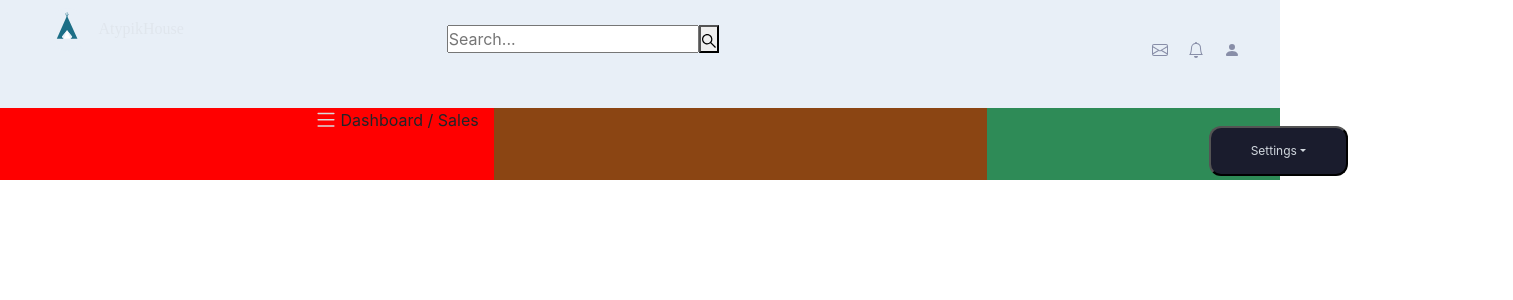
Repository: kifack/API-Symfony-AtypikHouse
Page: / (app in admin-frontend/)
The author's editor kept a copy of each file at every save. The page is drawn from the files as they stood at one save, then again after the next save.
The browser window is 1280 px wide. The page is 1348 px wide, then 1513 px, so the pictures cover 1513 px, including what lies to the right of the window. The pictures show the whole page.
Some web libraries are served in a nearby version. The project was rebuilt for these pictures with package versions that can differ from the ones it lists, and the page was loaded fresh each time. Also part of the build but not shown: admin-frontend/src/css/Responsive.css, admin-frontend/src/css/admin/navbar.css, admin-frontend/src/components/template_parts/Header.js, admin-frontend/src/components/template_parts/Footer.js, admin-frontend/src/components/template_parts/Sidebar.js, admin-frontend/src/components/partials/LocationEntry.js, admin-frontend/src/components/template_parts/Spinner.js, admin-frontend/src/actions/location.js and 26 more.

Above is the page before, as saved 2020-10-01 19:51:53.

After the next save:
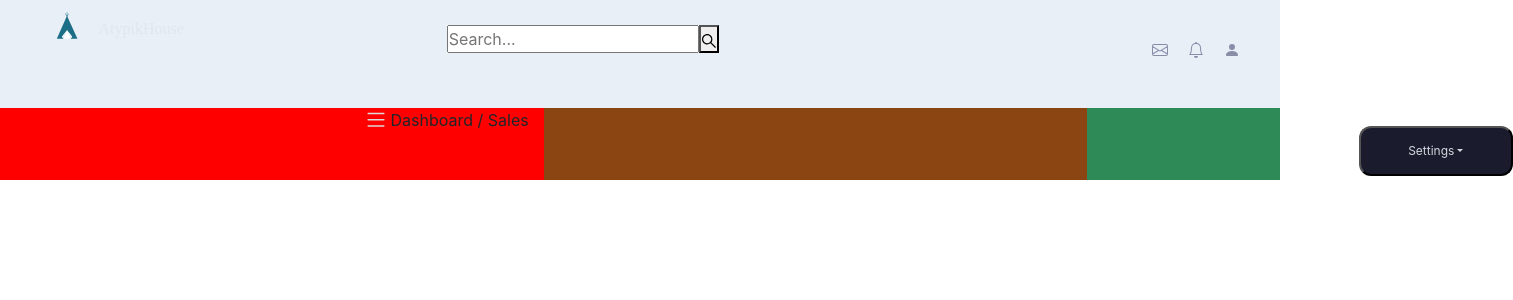
Saved 8 s later.
--- a/admin-frontend/src/css/App.css
+++ b/admin-frontend/src/css/App.css
@@ -179,7 +179,7 @@ button#setting {
   width: 30%;
   height: 50px;
   border-radius: 12px;
-  margin-left:700px;
+  margin-left:800px;
   }
 
 header .sous-header .row{
